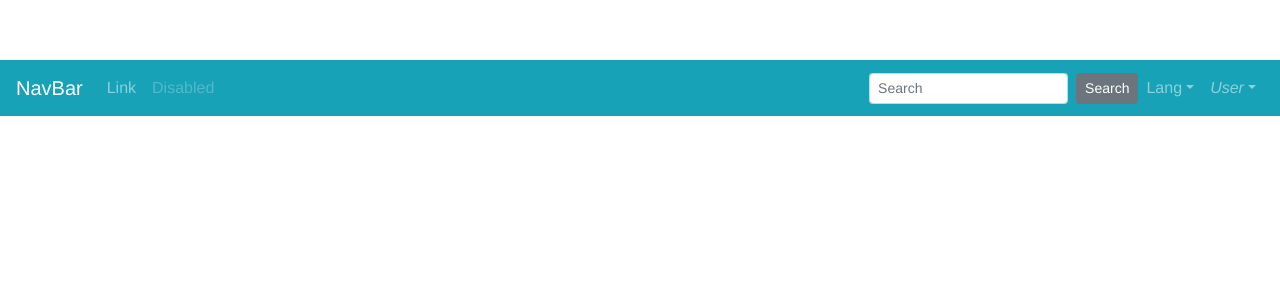
Repository: iian0910/bootstrapVue-demo
Page: /#/tablePagination
These files come from the project's save history. The page is drawn as it stood at one moment and after the next save; the edit follows.
The browser window is 1280 px wide. The pictures show the whole page.
The project was rebuilt for these pictures with package versions that can differ from the ones it lists, and the page was loaded fresh each time.

Above is the page before, as saved 2021-04-26 14:30:06.

### src/main.ts
import axios from 'axios'
import { BootstrapVue, IconsPlugin } from 'bootstrap-vue'
import 'bootstrap-vue/dist/bootstrap-vue.css'
// Import Bootstrap an BootstrapVue CSS files (order is important)
import 'bootstrap/dist/css/bootstrap.css'
import Vue from 'vue'
import VueAxios from 'vue-axios'
import App from './App.vue'
import router from './router'

// Make BootstrapVue available throughout your project
Vue.use(BootstrapVue)
// Optionally install the BootstrapVue icon components plugin
Vue.use(IconsPlugin)
Vue.use(VueAxios, axios)

Vue.config.productionTip = false

new Vue({
  router,
  render: h => h(App)
}).$mount('#app')

### src/App.vue
<template>
  <div id="app">
  <Main/>
  </div>
</template>

<script lang="ts">
import { Component, Vue } from 'vue-property-decorator'
import Main from './pages/Main.vue'

@Component({
  components: {
    Main
  }
})
export default class App extends Vue {}
</script>

<style lang="scss">
#app {
  font-family: Avenir, Helvetica, Arial, sans-serif;
  -webkit-font-smoothing: antialiased;
  -moz-osx-font-smoothing: grayscale;
  text-align: center;
  color: #2c3e50;
  margin-top: 60px;
}
</style>

### src/router/index.ts
import Vue from 'vue'
import VueRouter from 'vue-router'

Vue.use(VueRouter)

const routes = [
  {
    path: '/',
    name: 'TablePagination',
    component: () => import('../components/TablePagination.vue')
  }
]

const router = new VueRouter({
  routes
})

export default router

### src/pages/Main.vue
<template>
  <div>
    <Navbar/>
    <router-view></router-view>
  </div>
</template>
<script lang="ts">
import { Component, Vue } from 'vue-property-decorator'
import Navbar from '../components/Navbar.vue'

@Component({
  components: {
    Navbar
  }
})
export default class Main extends Vue {

}
</script>
<style lang="scss">

</style>

### src/components/Navbar.vue
<template>
  <div>
    <b-navbar toggleable="lg" type="dark" variant="info">
      <b-navbar-brand href="#">NavBar</b-navbar-brand>

      <b-navbar-toggle target="nav-collapse"></b-navbar-toggle>

      <b-collapse id="nav-collapse" is-nav>
        <b-navbar-nav>
          <b-nav-item href="#">Link</b-nav-item>
          <b-nav-item href="#" disabled>Disabled</b-nav-item>
        </b-navbar-nav>

        <!-- Right aligned nav items -->
        <b-navbar-nav class="ml-auto">
          <b-nav-form>
            <b-form-input size="sm" class="mr-sm-2" placeholder="Search"></b-form-input>
            <b-button size="sm" class="my-2 my-sm-0" type="submit">Search</b-button>
          </b-nav-form>

          <b-nav-item-dropdown text="Lang" right>
            <b-dropdown-item href="#">EN</b-dropdown-item>
            <b-dropdown-item href="#">ES</b-dropdown-item>
            <b-dropdown-item href="#">RU</b-dropdown-item>
            <b-dropdown-item href="#">FA</b-dropdown-item>
          </b-nav-item-dropdown>

          <b-nav-item-dropdown right>
            <!-- Using 'button-content' slot -->
            <template #button-content>
              <em>User</em>
            </template>
            <b-dropdown-item href="#">Profile</b-dropdown-item>
            <b-dropdown-item href="#">Sign Out</b-dropdown-item>
          </b-nav-item-dropdown>
        </b-navbar-nav>
      </b-collapse>
    </b-navbar>
  </div>
</template>

<script lang="ts">
import { Component, Vue } from 'vue-property-decorator'

// Component 宣告在最前面
@Component({
  components: {

  }
})

export default class Navbar extends Vue {

}
</script>

Loaded but not shown: public/index.html (common file)

After the next save:
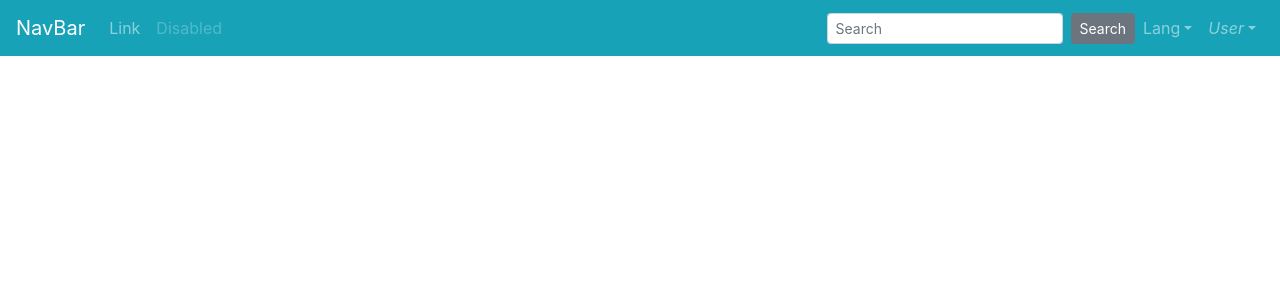
Saved 23 s later.
--- a/src/App.vue
+++ b/src/App.vue
@@ -17,12 +17,5 @@
 </script>
 
 <style lang="scss">
-#app {
-  font-family: Avenir, Helvetica, Arial, sans-serif;
-  -webkit-font-smoothing: antialiased;
-  -moz-osx-font-smoothing: grayscale;
-  text-align: center;
-  color: #2c3e50;
-  margin-top: 60px;
-}
+
 </style>
